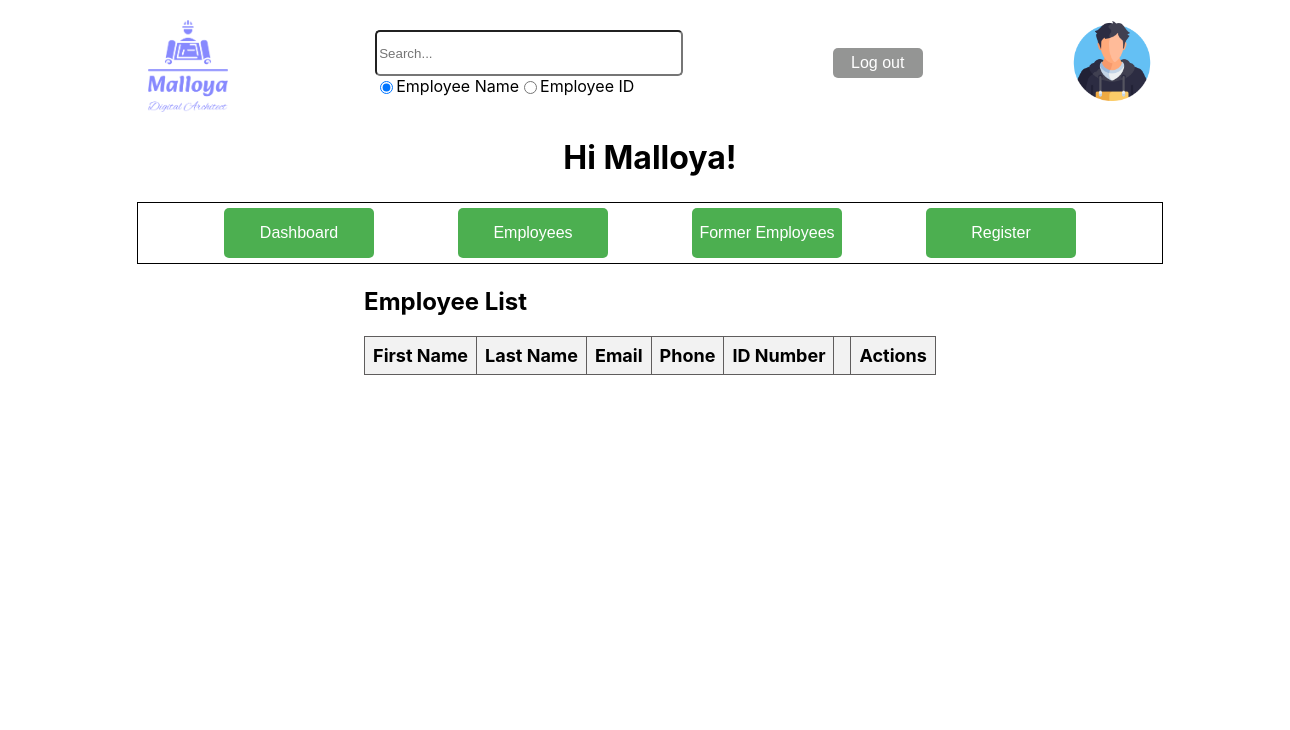
Repository: SbuKhoza/register
Page: /employees
These files come from the project's save history. The page is drawn as it stood at one moment and after the next save; the edit follows.
The browser window is 1280 px wide. The page is 1290 px wide, so the pictures cover 1290 px, including what lies to the right of the window. The pictures show the whole page.
The project was rebuilt for these pictures with package versions that can differ from the ones it lists, and the page was loaded fresh each time. Also part of the build but not shown: src/Form.css, src/Form.js, src/Home.js, src/Login.css, src/Login.js, src/FEmployee.css, src/Fempl.js, src/FEmployee.js and 3 more.

Above is the page before, as saved 2024-07-22 16:08:37.

After the next save:
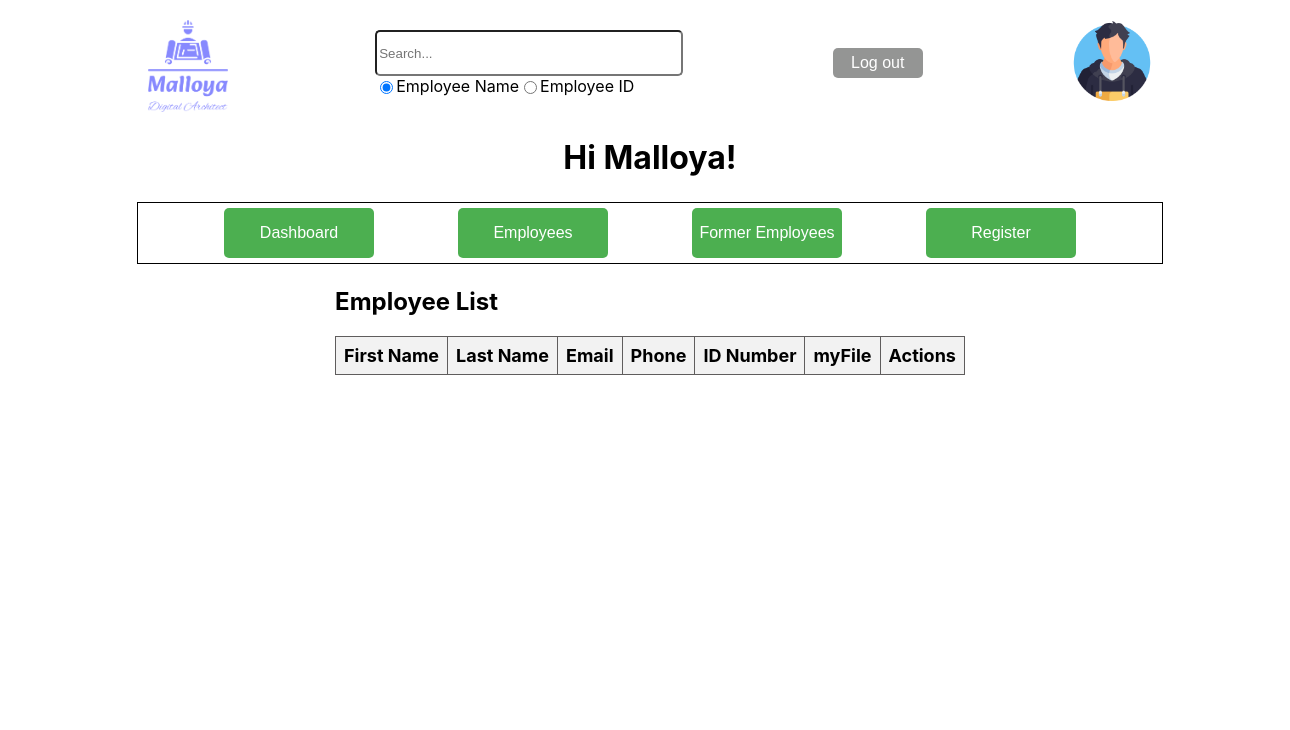
Saved 61 s later.
--- a/src/Employ.js
+++ b/src/Employ.js
@@ -37,7 +37,7 @@ function Employ() {
                         <th>Email</th>
                         <th>Phone</th>
                         <th>ID Number</th>
-                        <th></th>
+                        <th>myFile</th>
                         <th>Actions</th>
                     </tr>
                 </thead>
